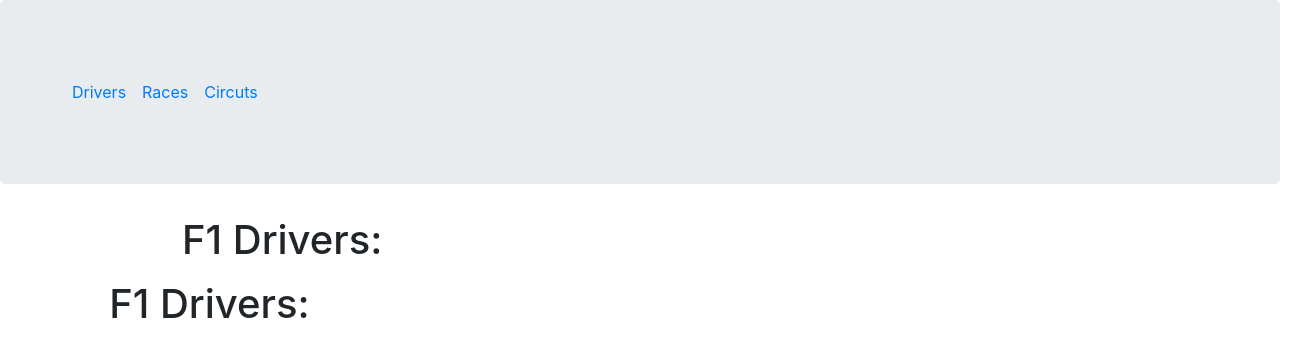
Repository: Lynras/formular1
Page: /
An editor plug-in stored every save of this project. The page is shown before and after the next save, followed by the edit.
The browser window is 1280 px wide. The page is 1295 px wide, so the pictures cover 1295 px, including what lies to the right of the window. The pictures show the whole page.
The page's requests for data from a server got no answer. Some web libraries are served in a nearby version. The project was rebuilt for these pictures with package versions that can differ from the ones it lists, and the page was loaded fresh each time. No one was signed in, and anything a server would have sent is missing. Also part of the build but not shown: src/components/Drivers.js.

Above is the page before, as saved 2021-03-17 13:59:07.

### public/index.html
<!DOCTYPE html>
<html lang="en">
  <head>
    <meta charset="utf-8" />
    <link rel="icon" href="%PUBLIC_URL%/favicon.ico" />
    <link rel="stylesheet" href="https://stackpath.bootstrapcdn.com/bootstrap/4.2.1/css/bootstrap.min.css" integrity="sha384-GJzZqFGwb1QTTN6wy59ffF1BuGJpLSa9DkKMp0DgiMDm4iYMj70gZWKYbI706tWS" crossorigin="anonymous">

    <meta name="viewport" content="width=device-width, initial-scale=1" />
    <meta name="theme-color" content="#000000" />
    <meta
      name="description"
      content="Web site created using create-react-app"
    />
    <link rel="apple-touch-icon" href="%PUBLIC_URL%/logo192.png" />
    <!--
      manifest.json provides metadata used when your web app is installed on a
      user's mobile device or desktop. See https://developers.google.com/web/fundamentals/web-app-manifest/
    -->
    <link rel="manifest" href="%PUBLIC_URL%/manifest.json" />
    <!--
      Notice the use of %PUBLIC_URL% in the tags above.
      It will be replaced with the URL of the `public` folder during the build.
      Only files inside the `public` folder can be referenced from the HTML.

      Unlike "/favicon.ico" or "favicon.ico", "%PUBLIC_URL%/favicon.ico" will
      work correctly both with client-side routing and a non-root public URL.
      Learn how to configure a non-root public URL by running `npm run build`.
    -->
    <title>React App</title>
  </head>
  <body>
    <noscript>You need to enable JavaScript to run this app.</noscript>
    <div id="root"></div>
    <!--
      This HTML file is a template.
      If you open it directly in the browser, you will see an empty page.

      You can add webfonts, meta tags, or analytics to this file.
      The build step will place the bundled scripts into the <body> tag.

      To begin the development, run `npm start` or `yarn start`.
      To create a production bundle, use `npm run build` or `yarn build`.
    -->
  </body>
</html>

### src/components/App.js
import React, { Component } from 'react';
import DriverList from '../components/DriversList';
import Header from '../components/Header';
import RaceList from '../components/RaceList';
import Main from '../components/Main';



class App extends Component {
  render() {
    return (
      <div className="App">
        <header className="App-header">
          <Header/>
          <Main/>
          <DriverList/>
          <RaceList/>
        </header>
      </div>
    );
  }
}

export default App;

### src/reducers/index.js
import { combineReducers } from 'redux';
import driversReducer from './driversReducers';
import raceReducer from "./racesReducer"
export default combineReducers( {drivers: driversReducer, races: raceReducer} );

### src/components/DriversList.js
import React from 'react';
import { connect } from 'react-redux';
import { fetchDrivers } from '../actions';


class DriverList extends React.Component {
    componentDidMount(){
        this.props.fetchDrivers();
    }

    renderList() {
        return this.props.drivers.map(driver => {
            return (
                <li className="item" key={driver.driverId}>
                   <h4>{driver.givenName} {driver.familyName}
                   <small> Born: {driver.dateOfBirth}, {driver.nationality}</small></h4>
                </li>
            )
        })
    }

    render() {
        return (
            <div className="row">
                <div className="col-1"></div>
                <div className="col-4">
                    <h1>F1 Drivers:</h1>
                    <ul class="namelist">
                        {this.renderList()}
                    </ul>
                </div>
                <div className="col-7"></div>
            </div>

        );
    }
}

const mapStateToProps = state => {
    return { drivers: state.drivers };
}
export default connect(mapStateToProps, {fetchDrivers})(DriverList);

### src/components/Header.js
import React, { Component } from 'react';
import { Link } from 'react-router-dom';



class Header extends Component {
  render() {
    return (
          <header>
          <div className="jumbotron">
            <div class="navbar navbar-expand-lg" >
                <nav className="nav navbar-nav">
                    <Link to='/' className="nav-item nav-link"></Link>
                    <Link to='/' className="nav-item nav-link">Drivers</Link>
                    <Link to='/' className="nav-item nav-link">Races</Link>
                    <Link to='/' className="nav-item nav-link">Circuts</Link>
                </nav>
            </div>
          </div>

        </header>
    );
  }
}

export default Header;

### src/components/RaceList.js
import React from 'react';
import { connect } from 'react-redux';
import { fetchRaces } from '../actions';

class RaceList extends React.Component {

    componentDidMount(){
        this.props.fetchRaces();
    }
    renderList() {
        return this.props.races.map(race => {
            return (
                <div className="item" key={race.round}>
                   <h4>Race: {race.raceName}</h4>
                   <h5>Circit Name: {race.Circuit.circuitName} </h5>
                   <h5>{race.Circuit.Location.country}</h5>
                   <br></br>
                </div>
            )
        })
    }

    render() {
        return <div>{this.renderList()}</div>;
    }
}

const mapStateToProps = state => {
    return { races: state.races };
}

export default connect(mapStateToProps, {fetchRaces})(RaceList);

### src/components/Main.js
import React, { Component } from 'react';
import { Switch, Route } from 'react-router-dom';
import DriversList from './DriversList';
import Drivers from "./Drivers";
import RaceList from "./RaceList";



class Main extends Component {
    render() {
      console.log("Main");
      return (
            <main className = "main row">
              <div className = "col-1"></div>
              <div className = "col-8">
                <Switch>
                    <Route exact path='/' component={DriversList}/>
                    <Route path='/DriversList'  component={DriversList}/>
                    <Route path='/RaceList'  component={RaceList}/>
                    <Route path='/Drivers'  component={Drivers}/>
                </Switch>
                </div>
                <div className = "col-3"></div>
            </main>
      );
    }
  }
  export default Main;

### src/reducers/driversReducers.js
// eslint-disable-next-line
export default (state=[], action) => {
    switch (action.type) {
        case 'FETCH_DRIVERS': return action.payload;
        default: return state;
    }
 };

### src/reducers/racesReducer.js
// eslint-disable-next-line
export default (state=[], action) => {
    switch (action.type) {
        case 'FETCH_RACES': return action.payload;
        default: return state;
    }
 };

### src/actions/index.js
import ergast from '../apis/ergast';

export const fetchRaces = () => async dispatch => {
    const response = await ergast.get('/api/f1/races.json');
    dispatch({type: 'FETCH_RACES', payload: response.data.MRData.RaceTable.Races})
};

export const fetchDrivers = () => async dispatch => {
    const response = await ergast.get('/api/f1/drivers.json');
    dispatch({type: 'FETCH_DRIVERS', payload: response.data.MRData.DriverTable.Drivers})

};

### src/apis/ergast.js
import axios from 'axios';

export default axios.create({
    baseURL: 'http://ergast.com'
});

Loaded but not shown: src/index.js (common file)

After the next save:
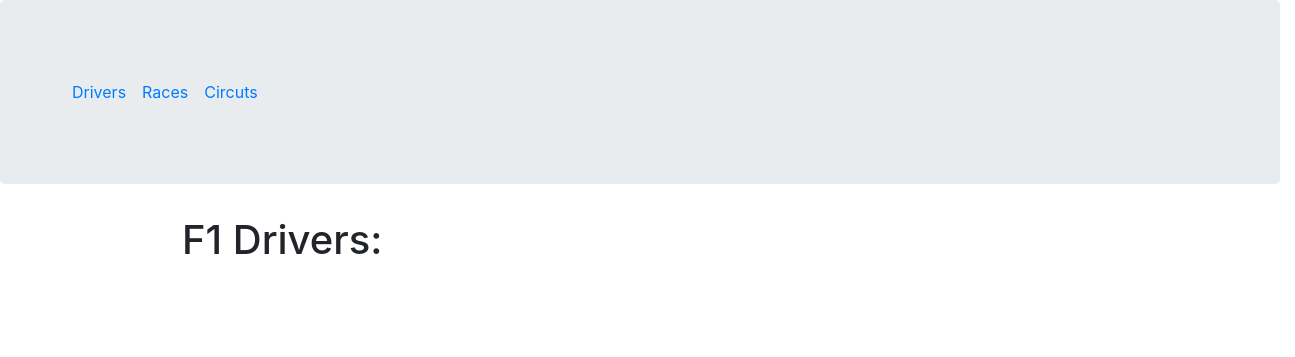
Saved 56 s later.
--- a/src/components/App.js
+++ b/src/components/App.js
@@ -13,7 +13,6 @@ class App extends Component {
         <header className="App-header">
           <Header/>
           <Main/>
-          <DriverList/>
           <RaceList/>
         </header>
       </div>
